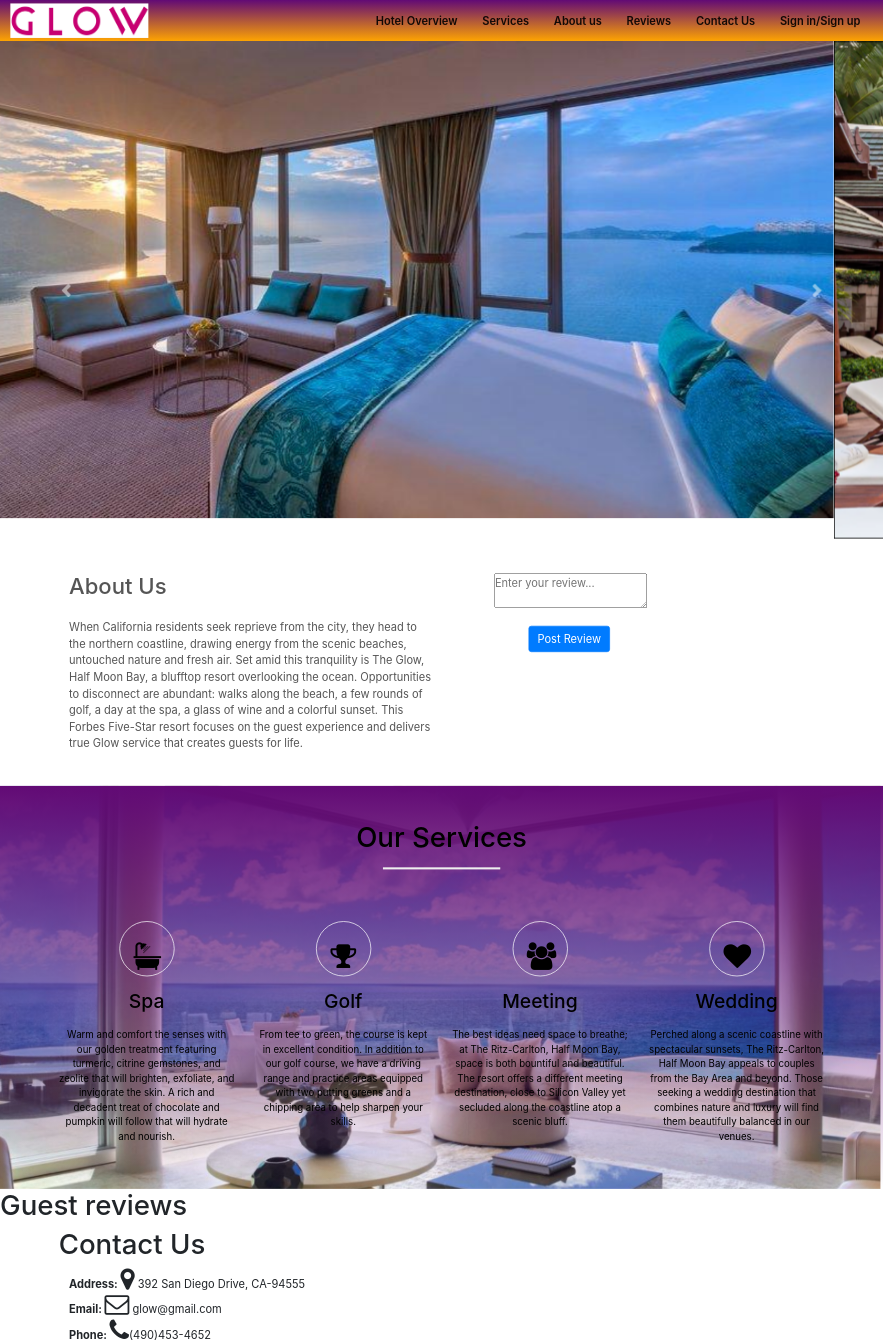
Repository: M-p1998/solo-dojo-project
Page: http://localhost/hotel/WEB-INF/hotel/home.jsp
These files come from the project's save history. The page is drawn as it stood at one moment and after the next save; the edit follows.
The browser window is 1280 px wide. The pictures show the whole page, at 69% of full size.
Backgrounds fixed to the window are drawn as part of the page. Some web libraries are served in a nearby version. The page is served by Tomcat 9. Nobody is signed in. Other server files are loaded and not shown. The template is opened directly, without the code that normally fills it, so the values that code supplies are empty.

Above is the page before, as saved 2022-02-13 18:21:05.

### hotel/src/main/webapp/WEB-INF/hotel/home.jsp
<%@ page language="java" contentType="text/html; charset=UTF-8"
	pageEncoding="UTF-8"%>
<%@ taglib prefix="c" uri="http://java.sun.com/jsp/jstl/core"%>
<%@ taglib prefix="form" uri="http://www.springframework.org/tags/form"%>
<!DOCTYPE html>
<html>
<head>
<meta charset="UTF-8">

<link href="/css/home.css" rel="stylesheet" type="text/css">
<link rel="stylesheet"
	href="https://stackpath.bootstrapcdn.com/bootstrap/4.3.1/css/bootstrap.min.css">
<script src="https://code.jquery.com/jquery-3.2.1.slim.min.js"></script>
<script
	src="https://cdnjs.cloudflare.com/ajax/libs/popper.js/1.12.9/umd/popper.min.js"></script>
<script
	src="https://maxcdn.bootstrapcdn.com/bootstrap/4.0.0/js/bootstrap.min.js"></script>
<link rel="stylesheet"
	href="https://stackpath.bootstrapcdn.com/font-awesome/4.7.0/css/font-awesome.min.css">

<title>Hotel Glow</title>
</head>
<body>

	<section id="nav-bar">
		<nav class="navbar navbar-expand-lg navbar-light">
			<div class="container-fluid">
				<a class="navbar-brand" href="#"><img src="/image/hotelLogo.png"
					width="200" height="50"></a>

				<div class="collapse navbar-collapse" id="navbarNav">
					<ul class="navbar-nav ml-auto">
						<li class="nav-item active "><a class="nav-link" href="#">Hotel
								Overview</a></li>
						<li class="nav-item active "><a class="nav-link"
							href="#services">Services</a></li>
						<li class="nav-item active"><a class="nav-link" href="#about">About
								us</a></li>
						<li class="nav-item active"><a class="nav-link"
							href="#reviews">Reviews</a></li>
						<li class="nav-item active"><a class="nav-link"
							href="#contact">Contact Us</a></li>
						<li class="nav-item active"><a class="nav-link"
							href="/registration">Sign in/Sign up</a></li>
					</ul>
				</div>
			</div>
		</nav>
	</section>

	<div id="slider">
		<div id="headerSlider" class="carousel slide" data-ride="carousel">
			<ol class="carousel-indicators">
				<li data-target="#headerSlider" data-slide-to="0"></li>
				<li data-target="#headerSlider" data-slide-to="1"></li>
				<li data-target="#headerSlider" data-slide-to="2"></li>
			</ol>
			<div class="carousel-inner">
				<div class="carousel-item active">
					<img src="/image/img2.jpg" class="d-block w-100">
				</div>
				<div class="carousel-item">
					<img src="/image/img3.jpg" class="d-block w-100">
				</div>
				<div class="carousel-item">
					<img src="/image/h4.jpg" class="d-block w-100">
				</div>
			</div>
			<a class="carousel-control-prev" role="button" href="#headerSlider"
				data-slide="prev"> <span class="carousel-control-prev-icon"
				aria-hidden="true"></span> <span class="sr-only">Previous</span>
			</a> <a class="carousel-control-next" role="button" href="#headerSlider"
				data-slide="next"> <span class="carousel-control-next-icon"
				aria-hidden="true"></span> <span class="sr-only">Next</span>
			</a>
		</div>
	</div>

	<section id="about">
		<div class="container">
			<div class="d-flex">
				<div class="col-md-6">
					<h2>About Us</h2>
					<div class="about-content">When California residents seek
						reprieve from the city, they head to the northern coastline,
						drawing energy from the scenic beaches, untouched nature and fresh
						air. Set amid this tranquility is The Glow, Half Moon Bay, a
						blufftop resort overlooking the ocean. Opportunities to disconnect
						are abundant: walks along the beach, a few rounds of golf, a day
						at the spa, a glass of wine and a colorful sunset. This Forbes
						Five-Star resort focuses on the guest experience and delivers true
						Glow service that creates guests for life.</div>
				</div>
				<div class="col-md-4 text-center">
					<form:form action="/createReviews" method="post"
						modelAttribute="PostAReview">
						<form:label path="reviews"></form:label>
						<form:errors path="reviews" class="text-danger"
							style="font-size: 20px" />
						<form:textarea class="textarea" placeholder="Enter your review..."
							path="reviews" />
						<a href="/reviews"><button class="reviewBtn btn btn-primary">Post
								Review</button></a>
					</form:form>
				</div>
			</div>
		</div>
	</section>

	<!-- services -->
	<section id="services">
		<div class="container">
			<h1>Our Services</h1>
			<div class="row services">
				<div class="col-md-3 text-center">
					<div class="icon">
						<i class="fa fa-bath"></i>
					</div>
					<h3>Spa</h3>
					<p>Warm and comfort the senses with our golden treatment
						featuring turmeric, citrine gemstones, and zeolite that will
						brighten, exfoliate, and invigorate the skin. A rich and decadent
						treat of chocolate and pumpkin will follow that will hydrate and
						nourish.</p>
				</div>
				<div class="col-md-3 text-center">
					<div class="icon">
						<i class="fa fa-trophy"></i>
					</div>
					<h3>Golf</h3>
					<p>From tee to green, the course is kept in excellent
						condition. In addition to our golf course, we have a driving range
						and practice areas equipped with two putting greens and a chipping
						area to help sharpen your skills.</p>
				</div>
				<div class="col-md-3 text-center">
					<div class="icon">
						<i class="fa fa-users"></i>
					</div>
					<h3>Meeting</h3>
					<p>The best ideas need space to breathe; at The Ritz-Carlton,
						Half Moon Bay, space is both bountiful and beautiful. The resort
						offers a different meeting destination, close to Silicon Valley
						yet secluded along the coastline atop a scenic bluff.</p>
				</div>
				<div class="col-md-3 text-center">
					<div class="icon">
						<i class="fa fa-heart"></i>
					</div>
					<h3>Wedding</h3>
					<p>Perched along a scenic coastline with spectacular sunsets,
						The Ritz-Carlton, Half Moon Bay appeals to couples from the Bay
						Area and beyond. Those seeking a wedding destination that combines
						nature and luxury will find them beautifully balanced in our
						venues. </p>
				</div>
			</div>
		</div>
	</section>

	<section id="reviews">
		<h1>Guest reviews</h1>
		<div class="d-flex">
			<div class="hero">
				<div class="review-box">
					<div id="slide">
						<c:forEach items="${write}" var="review">
							<div class="card">
								<p>${review.reviews}</p>
							</div>
						</c:forEach>
					</div>

					<div class="sidebar">
						<img src="/image/up-arrow.png" id="upArrow"> <img
							src="/image/down-arrow.png" id="downArrow">
					</div>
				</div>


			</div>
		</div>
	</section>

	<section id="contact">
		<div class="container">
			<h1>Contact Us</h1>
			<div class="col-md-6 contact-info">
				<div class="follow">
					<b>Address: </b> <i class="fa fa-map-marker"
						style="font-size: 36px"></i> 392 San Diego Drive, CA-94555
				</div>
				<div class="follow">
					<b>Email: </b> <i class="fa fa-envelope-o" style="font-size: 36px"></i>
					glow@gmail.com
				</div>
				<div class="follow">
					<b>Phone: </b> <i class="fa fa-phone" style="font-size: 36px"></i>(490)453-4652
				</div>
			</div>
		</div>
	</section>

	<script
		src="https://cdnjs.cloudflare.com/ajax/libs/jquery/3.6.0/jquery.min.js"></script>
	<script src="/js/main.js"></script>

	<script>
		var slide = document.getElementById("slide");
		var upArrow = document.getElementById("upArrow");
		var downArrow = document.getElementById("downArrow");

		let x = 0;

		upArrow.onclick = function() {
			if (x > "-4000") {
				x = x - 300;
				slide.style.top = x + "px";
			}
		}

		downArrow.onclick = function() {
			if (x < 0) {
				x = x + 300;
				slide.style.top = x + "px";
			}
		}
	</script>

</body>
</html>

### hotel/src/main/webapp/css/home.css
@charset "UTF-8";

*{
	margin: 0;
	padding: 0;


}

body{
	font-family: sans-serif;
}

#nav-bar{
	position: sticky;
	top: 0;
	z-index: 10;

}

.navbar{
	background-image: linear-gradient(rgba(98, 10, 117),  rgba(0,0,255,0));
	padding: 0!important;
	background-color: orange;
}

.navbar-nav li{
	padding: 0 10px;
}

.navbar-nav li a{
	color: black;
	font-weight: 600;
	float: right;
	text-align: left;
}

#nav-bar ul li a:hover{
	color: orange !important;
}

.fa-bars{
	color: #fff;
	font-size: 30px !important;
}

.navbar-toggler{
	outline: none !important;
}

/*-----about --------*/
#about{
	padding-top:50px;
	padding-bottom: 50px;
	color: #555;
}

#about .btn{
	margin-top: 20px;
	margin-bottom: 30px;
}

.about-content{
	padding-top: 20px;

}

/* --- services ----*/
#services{
	background-image: linear-gradient(rgba(98, 10, 117), rgba(0,0,255,0)), url(/image/background.jpg);
	background-size: cover;
	background-position: center;
	color: black !important;
	background-attachment: fixed;
	padding-top: 50px;
	padding-bottom: 50px;
}

#services h1{
	text-align: center;
	color: black !important;
	padding-bottom: 10px;
}

#services h1::after{
	content: '';
	background: #efefef;
	display: block;
	height: 3px;
	width: 170px;
	margin: 20px auto 5px;
}

.services{
	margin-top: 40px;
}

.icon{
	font-size: 40px;
	margin: 20px auto;
	padding: 20px;
	height: 80px;
	width: 80px;
	border: 1px solid #fff;
	border-radius: 50%;
}

#services p{
	font-size: 14px;
	margin-top: 20px;
	color: black solid;

}

/* .skills-bar p{
	margin-bottom: 6px;
	font-weight: 600;
}

.progress-bar{
	border-radius: 16px;

}
.progress{
	border-radius: 16px !important;
	margin-bottom: 20px;
} */
/*--------------*/
/* #slider{
	width: 100%;
} */
/* .carousel-caption{
	top: 50%;
	transform: translateY(-50%);
	bottom: initial!important;
} */

### hotel/src/main/webapp/js/main.js

var indexValue= 1;
showImg(indexValue);

function side_slide(e){
	showImg(indexValue += e);
}
function showImg(e){
	var i;
	const img = document.querySelectorAll('img');
	if(e > img.length){
		indexValue = 1
	}
	if(e < 1){
		indexValue = img.length
	}
	for(i = 0; i<img.length; i++){
		img[i].style.display = "none";
	}
	img[indexValue - 1].style.display = "block";
}

After the next save:
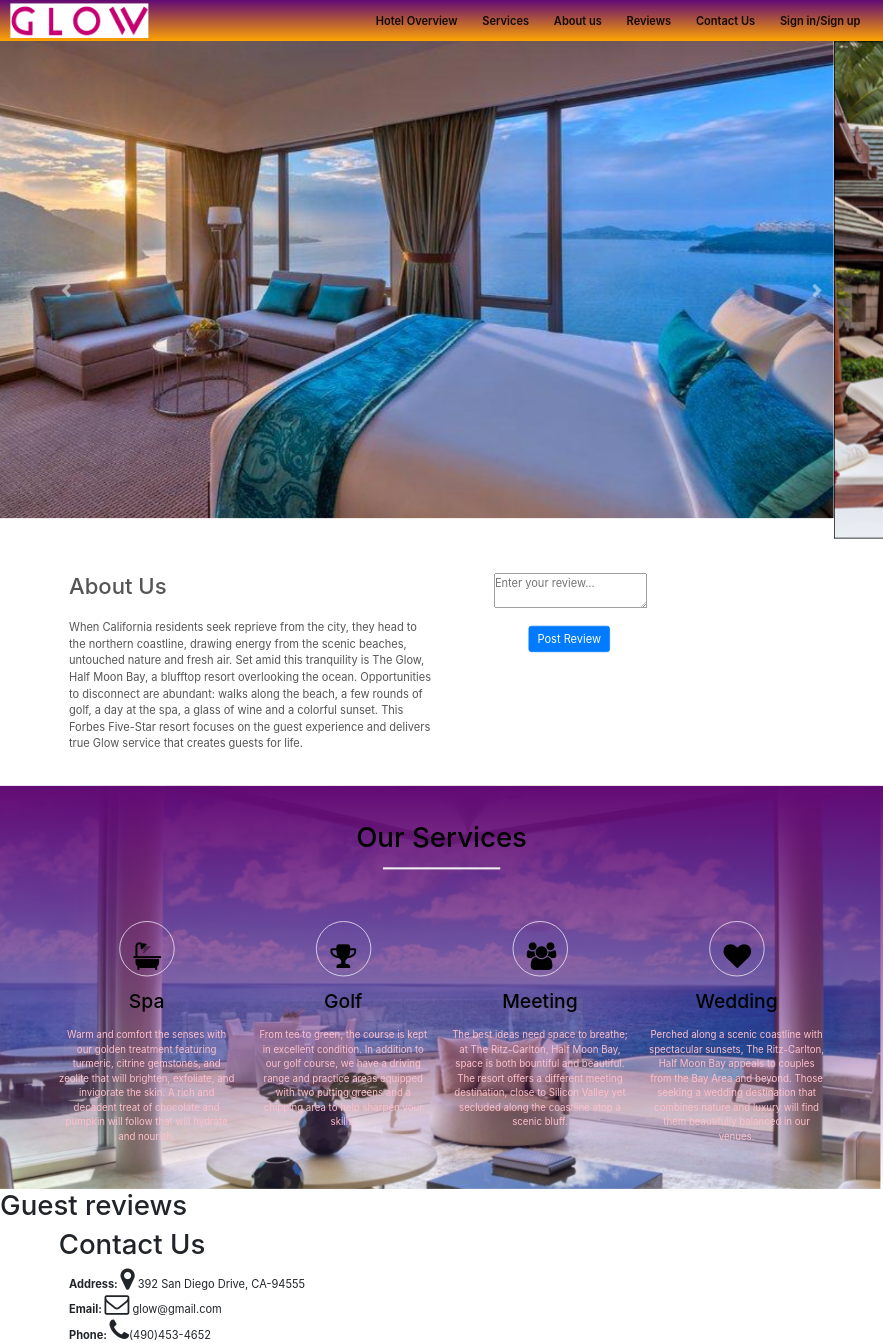
Saved 16 s later.
--- a/hotel/src/main/webapp/css/home.css
+++ b/hotel/src/main/webapp/css/home.css
@@ -108,7 +108,7 @@ body{
 #services p{
 	font-size: 14px;
 	margin-top: 20px;
-	color: black solid;
+	color: pink;
 
 }
 
